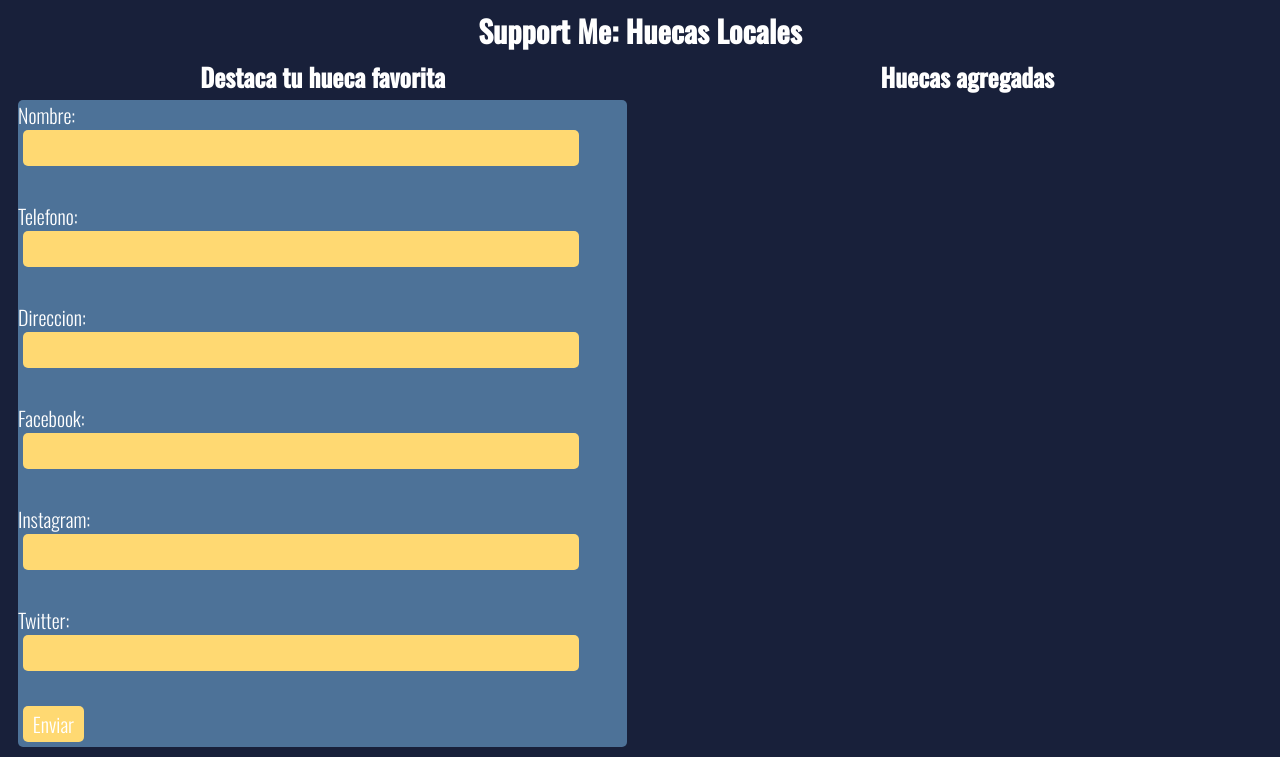
Repository: renzopachecoj/huecas-website
Page: index.html
These files come from the project's save history. The page is drawn as it stood at one moment and after the next save; the edit follows.
The browser window is 1280 px wide. The pictures show the whole page.

Above is the page before, as saved 2020-08-01 15:34:08.

After the next save:
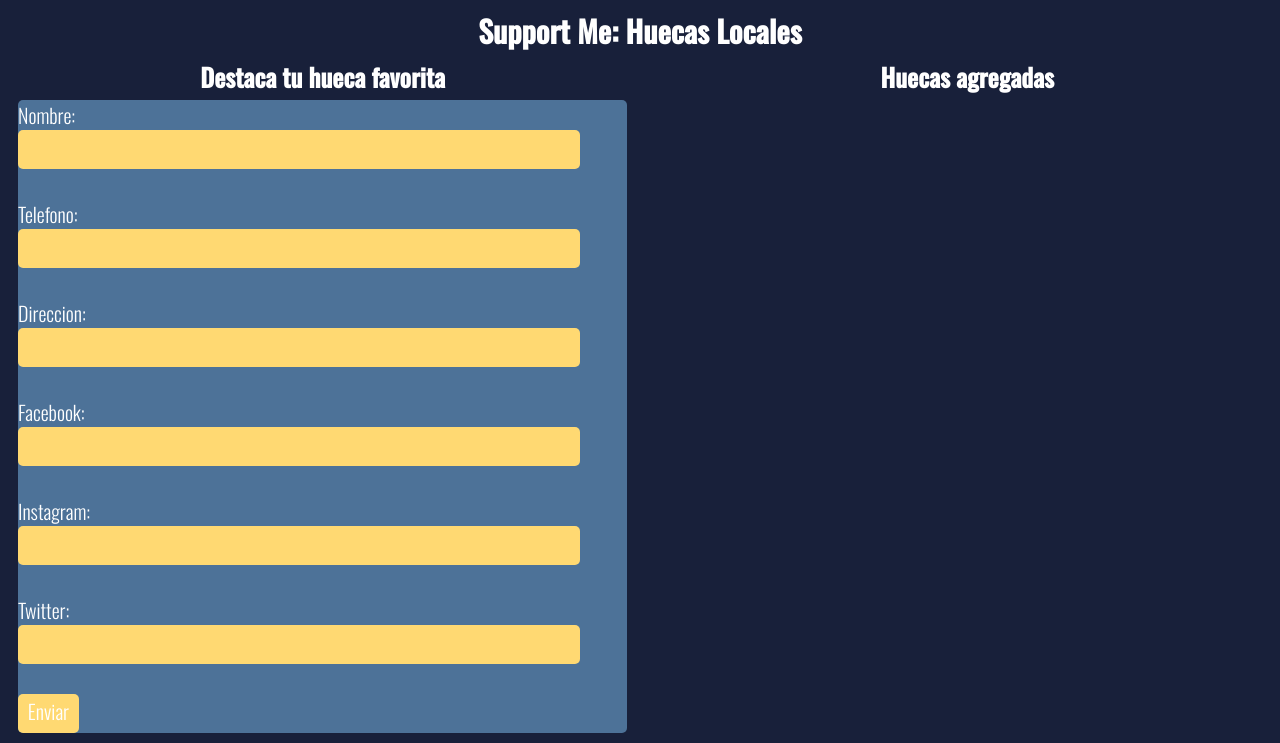
Saved 12 s later.
--- a/styles.css
+++ b/styles.css
@@ -41,7 +41,7 @@ input{
     border-radius: 5px;
     border-color: transparent;
     background-color: #FFD972;
-    margin: 0px 5px 5px 5px;
+    padding: 0px 5px 5px 5px;
 }
 input[value="Enviar"]{
     width: 10%;
